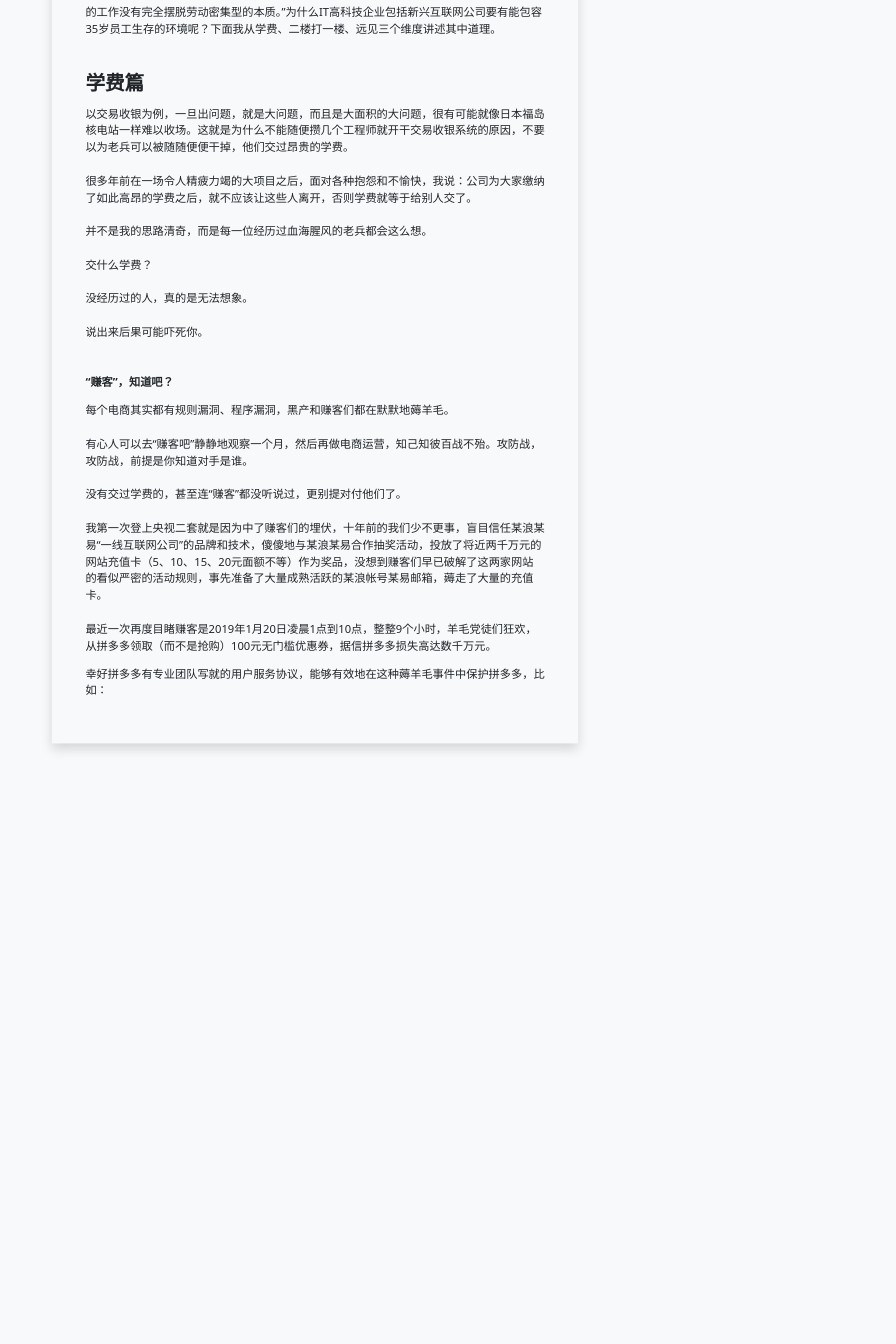
Repository: herjuandlonely/github.io
Page: index-blog.html
An editor plug-in stored every save of this project. The page is shown before and after the next save, followed by the edit.
The browser window is 1280 px wide. The pictures show the part of the page from y = 1080 to 3000 px (the page is 3000 px tall), at 70% of full size.
Backgrounds fixed to the window are drawn as part of the page.

Above is the page before, as saved 2022-06-30 19:56:28.

After the next save:
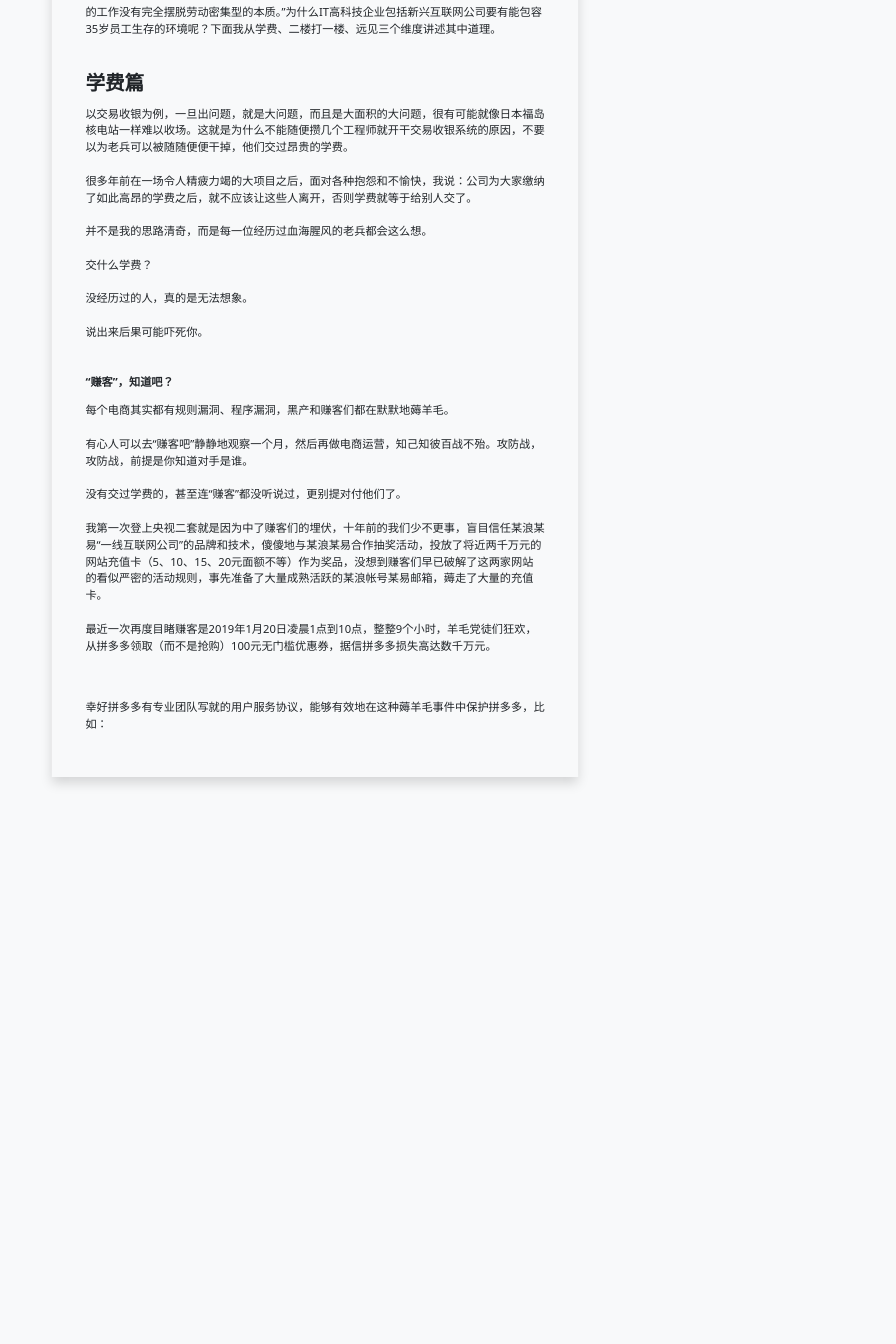
Saved 6 s later.
--- a/index-blog.html
+++ b/index-blog.html
@@ -110,7 +110,7 @@
                         没有交过学费的，甚至连“赚客”都没听说过，更别提对付他们了。<br><br>
                         我第一次登上央视二套就是因为中了赚客们的埋伏，十年前的我们少不更事，盲目信任某浪某易“一线互联网公司”的品牌和技术，傻傻地与某浪某易合作抽奖活动，投放了将近两千万元的网站充值卡（5、10、15、20元面额不等）作为奖品，没想到赚客们早已破解了这两家网站的看似严密的活动规则，事先准备了大量成熟活跃的某浪帐号某易邮箱，薅走了大量的充值卡。<br><br>
                         最近一次再度目睹赚客是2019年1月20日凌晨1点到10点，整整9个小时，羊毛党徒们狂欢，从拼多多领取（而不是抢购）100元无门槛优惠券，据信拼多多损失高达数千万元。
-                    </p>
+                    </p><br><br>
                     <p>幸好拼多多有专业团队写就的用户服务协议，能够有效地在这种薅羊毛事件中保护拼多多，比如：</p>
                 </div>
             </div>

After the save that followed:
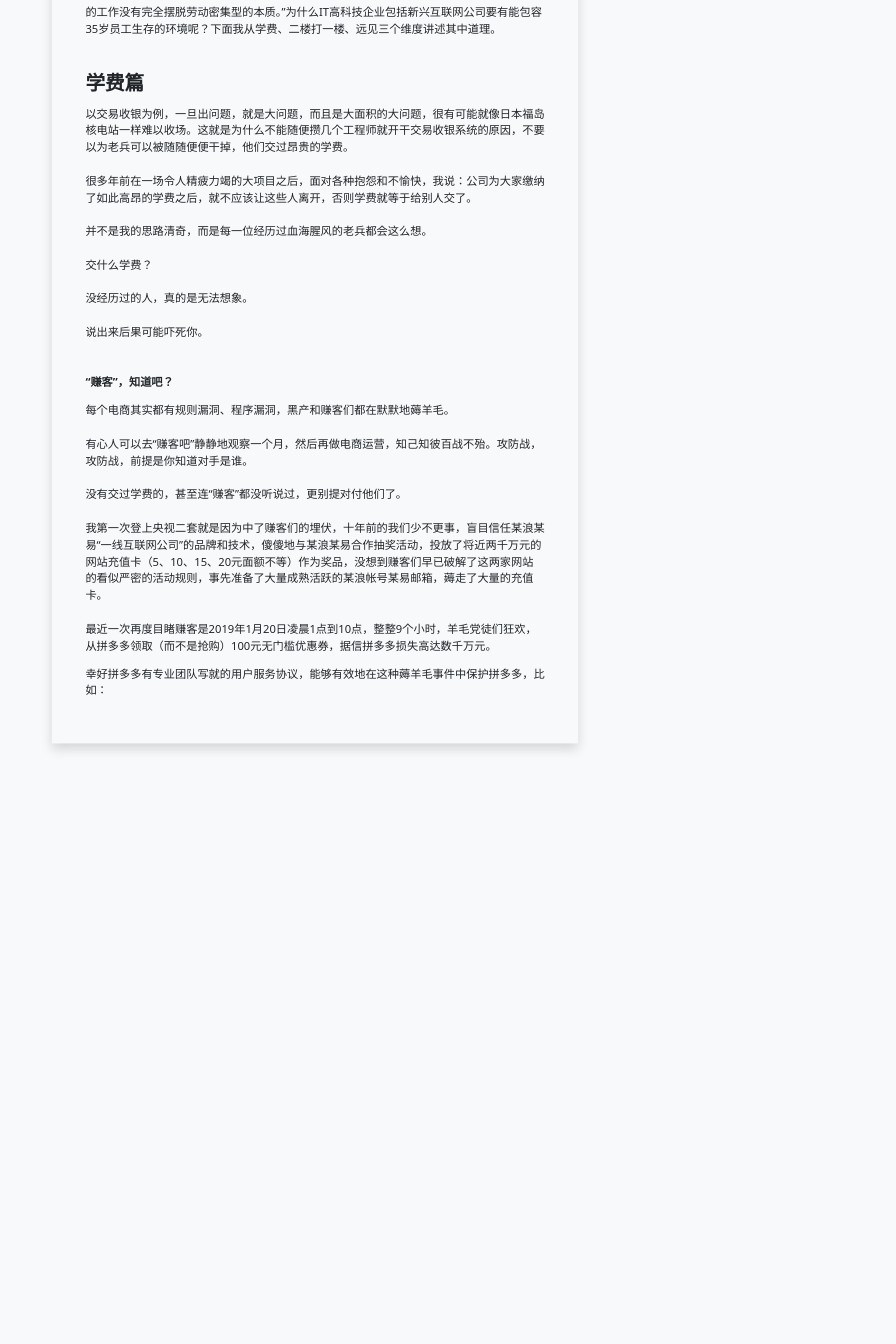
Saved 7 s later.
--- a/index-blog.html
+++ b/index-blog.html
@@ -110,7 +110,7 @@
                         没有交过学费的，甚至连“赚客”都没听说过，更别提对付他们了。<br><br>
                         我第一次登上央视二套就是因为中了赚客们的埋伏，十年前的我们少不更事，盲目信任某浪某易“一线互联网公司”的品牌和技术，傻傻地与某浪某易合作抽奖活动，投放了将近两千万元的网站充值卡（5、10、15、20元面额不等）作为奖品，没想到赚客们早已破解了这两家网站的看似严密的活动规则，事先准备了大量成熟活跃的某浪帐号某易邮箱，薅走了大量的充值卡。<br><br>
                         最近一次再度目睹赚客是2019年1月20日凌晨1点到10点，整整9个小时，羊毛党徒们狂欢，从拼多多领取（而不是抢购）100元无门槛优惠券，据信拼多多损失高达数千万元。
-                    </p><br><br>
+                    </p>
                     <p>幸好拼多多有专业团队写就的用户服务协议，能够有效地在这种薅羊毛事件中保护拼多多，比如：</p>
                 </div>
             </div>
